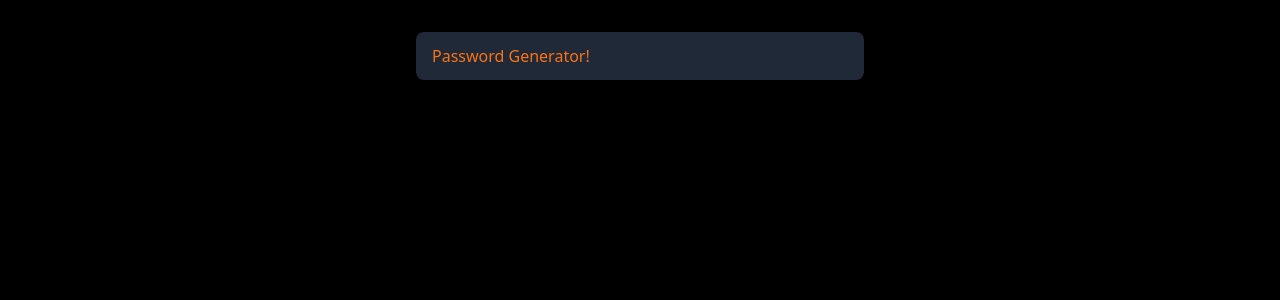
Repository: tirth2014/chai-aur-react
Page: / (app in 05_password-generator/)
An editor plug-in stored every save of this project. The page is shown before and after the next save, followed by the edit.
The browser window is 1280 px wide. The pictures show the whole page.
The project was rebuilt for these pictures with package versions that can differ from the ones it lists, and the page was loaded fresh each time. Also part of the build but not shown: 05_password-generator/vite.config.js.

Above is the page before, as saved 2023-10-07 16:24:33.

After the next save:
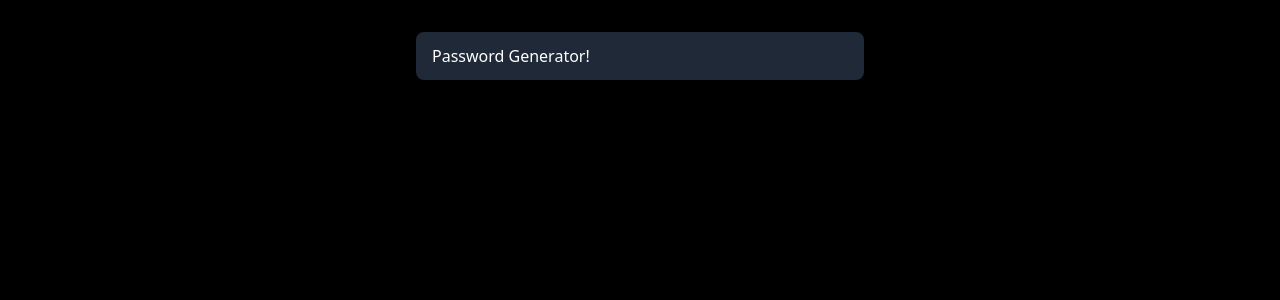
Saved 25 s later.
--- a/05_password-generator/src/App.jsx
+++ b/05_password-generator/src/App.jsx
@@ -5,7 +5,7 @@ function App() {
   return (
     <>
     <div className="w-full max-w-md mx-auto shadow-md rounded-lg px-4 py-3 my-8 bg-gray-800 text-orange-500">
-        <h1>Password Generator!</h1>
+        <h1 className='text-white'>Password Generator!</h1>
       </div>
     </>
   )
